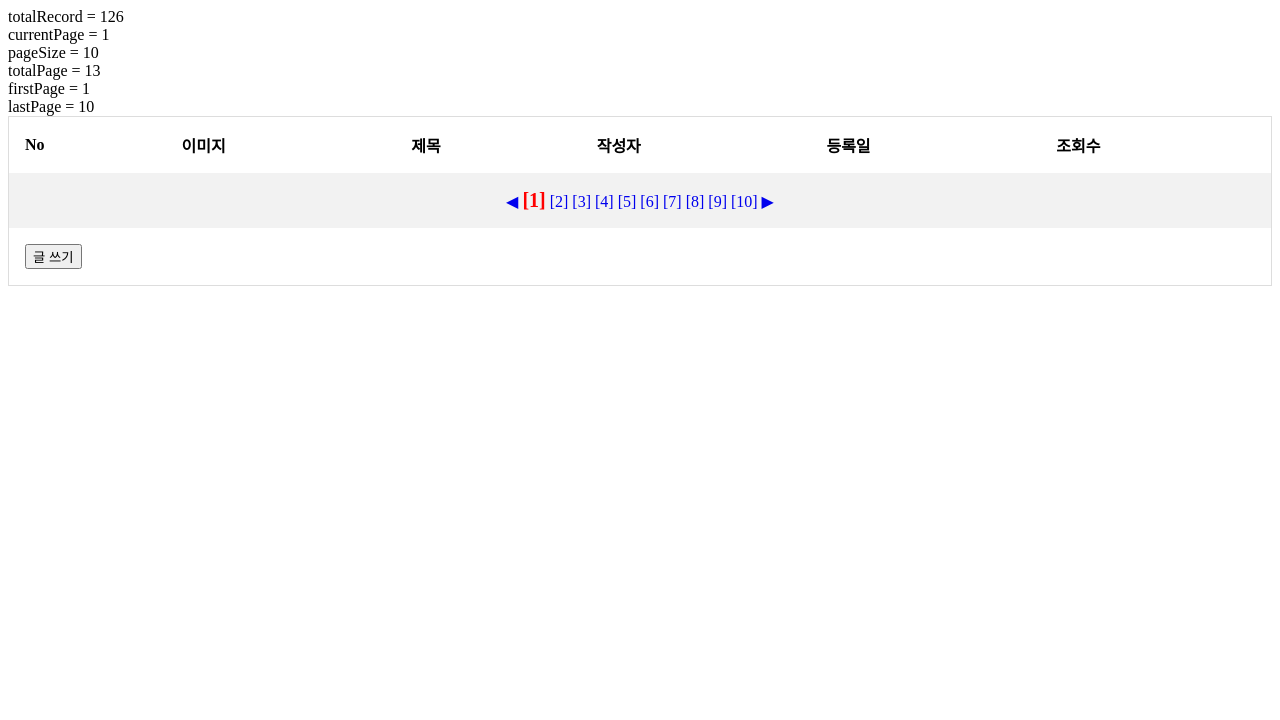
Repository: SyngyeonTak/javaee_workspace
Page: http://localhost/MySite/board/list.jsp
The author's editor kept a copy of each file at every save. The page is drawn from the files as they stood at one save, then again after the next save.
The browser window is 1280 px wide. The pictures show the whole page.
The page is served by Tomcat 9. Other server files are loaded and not shown.

Above is the page before, as saved 2020-12-11 08:04:44.

### MySite/WebContent/board/list.jsp
<%@page import="board.model.BoardDAO"%>
<%@ page contentType="text/html;charset=utf-8"%>

<%
	BoardDAO dao = new BoardDAO();
	int totalRecord = 126;
	int currentPage = 1;
	if(request.getParameter("currentPage") != null){
		currentPage = Integer.parseInt(request.getParameter("currentPage"));
	}
	int pageSize = 10;
	int totalPage = (int)Math.ceil((float)totalRecord/pageSize);

	int blockSize = 10;
	int firstPage = currentPage - (currentPage-1)%blockSize;
	int lastPage = firstPage + (blockSize-1);
	int curPos = (currentPage-1)*pageSize;
	int num = totalRecord - curPos;

	out.print("totalRecord = "+totalRecord+"<br>");
	out.print("currentPage = "+currentPage+"<br>");
	out.print("pageSize = "+pageSize+"<br>");
	out.print("totalPage = "+totalPage+"<br>");
	out.print("firstPage = "+firstPage+"<br>");
	out.print("lastPage = "+lastPage+"<br>");

%>


<!DOCTYPE html>
<html>
<head>
<meta name="viewport" content="width=device-width, initial-scale=1">
<style>
table {
	border-collapse: collapse;
	border-spacing: 0;
	width: 100%;
	border: 1px solid #ddd;
}

th, td {
	text-align: left;
	padding: 16px;
}

tr:nth-child(even) {
	background-color: #f2f2f2;
}
a{
 	text-decoration: none;
}

.pageNum{
	font-size : 20px;
	font-weight : bold;
	color : red;
}
</style>
</head>
<body>

	<table>
		<tr>
			<th>No</th>
			<th>이미지</th>
			<th>제목</th>
			<th>작성자</th>
			<th>등록일</th>
			<th>조회수</th>
		</tr>

		<%for(int i = 0; i<pageSize; i++) {%>
			<%if(i <1) break; %>
			<tr>
				<td><%=num-- %></td>
				<td>Smith</td>
				<td>50</td>
				<td>50</td>
				<td>50</td>
				<td>50</td>
			</tr>
		<%} %>
		<tr>
			<td colspan="6" style = "text-align:center;">
				<%if(firstPage > 1) {%>
					<a href ="list.jsp?currentPage=<%=firstPage-1%>">◀</a>
				<%}else{ %>
					<a href ="javascript:alert('처음 페이지 입니다.')">◀</a>
				<%} %>

				<%for(int i=firstPage; i<=lastPage; i++){ %>
					<%if(i > totalPage) break; %>
					<a href = "list.jsp?currentPage=<%=i%>" <%if(i == currentPage){ %>class = "pageNum" <%} %>>[<%=i%>]</a>
				<%} %>

				<%if(lastPage < totalPage) {%>
					<a href ="list.jsp?currentPage=<%=lastPage+1%>">▶</a>
				<%}else{ %>
					<a href ="javascript:alert('마지막 페이지 입니다.')">▶</a>
				<%} %>

			</td>
		</tr>
		<tr>
			<td colspan="6">
				<button onclick = "location.href = 'regist_form.jsp'">글 쓰기</button>
			</td>
		</tr>
	</table>

</body>
</html>

### MySite/src/board/model/BoardDAO.java
package board.model;

import java.sql.Connection;
import java.sql.PreparedStatement;
import java.sql.ResultSet;
import java.sql.SQLException;
import java.util.ArrayList;
import java.util.List;

import com.sun.javafx.logging.PulseLogger;

import common.db.PoolManager;

public class BoardDAO {
	PoolManager pool = PoolManager.getInstance();//싱글턴 객체 호출

	public int insert(Board board) {
		Connection con = null;
		PreparedStatement pstmt = null;
		int result = 0;

		String sql = "insert into board(board_id, title, writer, content, filename) values(seq_board.nextVal, ?, ?, ?, ?)";
		con = pool.getConnection();

		try {
			pstmt = con.prepareStatement(sql);
			pstmt.setString(1, board.getTitle());
			pstmt.setString(2, board.getWriter());
			pstmt.setString(3, board.getContent());
			pstmt.setString(4, board.getFilename());

			result = pstmt.executeUpdate();

		} catch (SQLException e) {
			e.printStackTrace();
		}finally {
			pool.release(con, pstmt);
		}

		return result;
	}

	//모든 글 가져오기
	public List selectAll() {
		Connection con = pool.getConnection();
		PreparedStatement pstmt = null;
		ResultSet rs= null;

		ArrayList<Board> list = new ArrayList<Board>();

		String sql = "select * from board order by board_id desc";
		try {
			pstmt = con.prepareStatement(sql);
			rs = pstmt.executeQuery();

			while(rs.next()) {
				Board board = new Board();
				board.setBoard_id(rs.getInt("board_id"));
				board.setTitle(rs.getString("title"));
				board.setWriter(rs.getString("writer"));
				board.setContent(rs.getString("content"));
				board.setFilename(rs.getString("filename"));
				board.setRegdate(rs.getString("regdate"));
				board.setHit(rs.getInt("hit"));

				list.add(board);
			}

		} catch (SQLException e) {
			e.printStackTrace();
		}finally {
			pool.release(con, pstmt, rs);
		}
		return list;
	}
}

### MySite/src/common/db/PoolManager.java
/*커넥션 풀 사용을 보다 편하게 처리해야 DAO 들에서 고생안한다.*/

package common.db;

import java.sql.Connection;
import java.sql.PreparedStatement;
import java.sql.ResultSet;
import java.sql.SQLException;

import javax.naming.InitialContext;
import javax.naming.NamingException;
import javax.sql.DataSource;

public class PoolManager {
	InitialContext context;//JNDI검색을 담당하는 객체
	DataSource ds;//커넥션 풀
	private static PoolManager instance;
	//이 시점부터는 아무도 new 할 수 없다.
	private PoolManager() {
		try {
			context = new InitialContext();
			ds = (DataSource)context.lookup("java:comp/env/jdbc/myoracle");//찾기 성공 and 풀반환
		} catch (NamingException e) {
			e.printStackTrace();
		}
	}

	public static PoolManager getInstance() {
		if(instance == null) {
			instance = new PoolManager();
		}
		return instance;
	}


	//하지만 클래스는 쓰라고 만든 것이기에 인스턴스를 가져갈 기회를 현재 클래스에서 부담해주자!!

	//커넥션이 필요한 자에게 Connection을 반환해주는 (대여) 메서드
	public Connection getConnection() {
		Connection con = null;
		try {
			con = ds.getConnection();//대여!
		} catch (SQLException e) {
			e.printStackTrace();
		}
		return con;
	}

	//반납
	public void release(Connection con, PreparedStatement pstmt) {
		try {
			if(con != null) con.close();//끊어지는 것이 아니라 반납이됨
			if(pstmt != null) pstmt.close();
		} catch (SQLException e) {
			e.printStackTrace();
		}
	}

	public void release(Connection con, PreparedStatement pstmt, ResultSet rs) {
		try {
			if(con != null) con.close();//끊어지는 것이 아니라 반납이됨
			if(pstmt != null) pstmt.close();
			if(rs != null) rs.close();
		} catch (SQLException e) {
			e.printStackTrace();
		}
	}

}

After the next save:
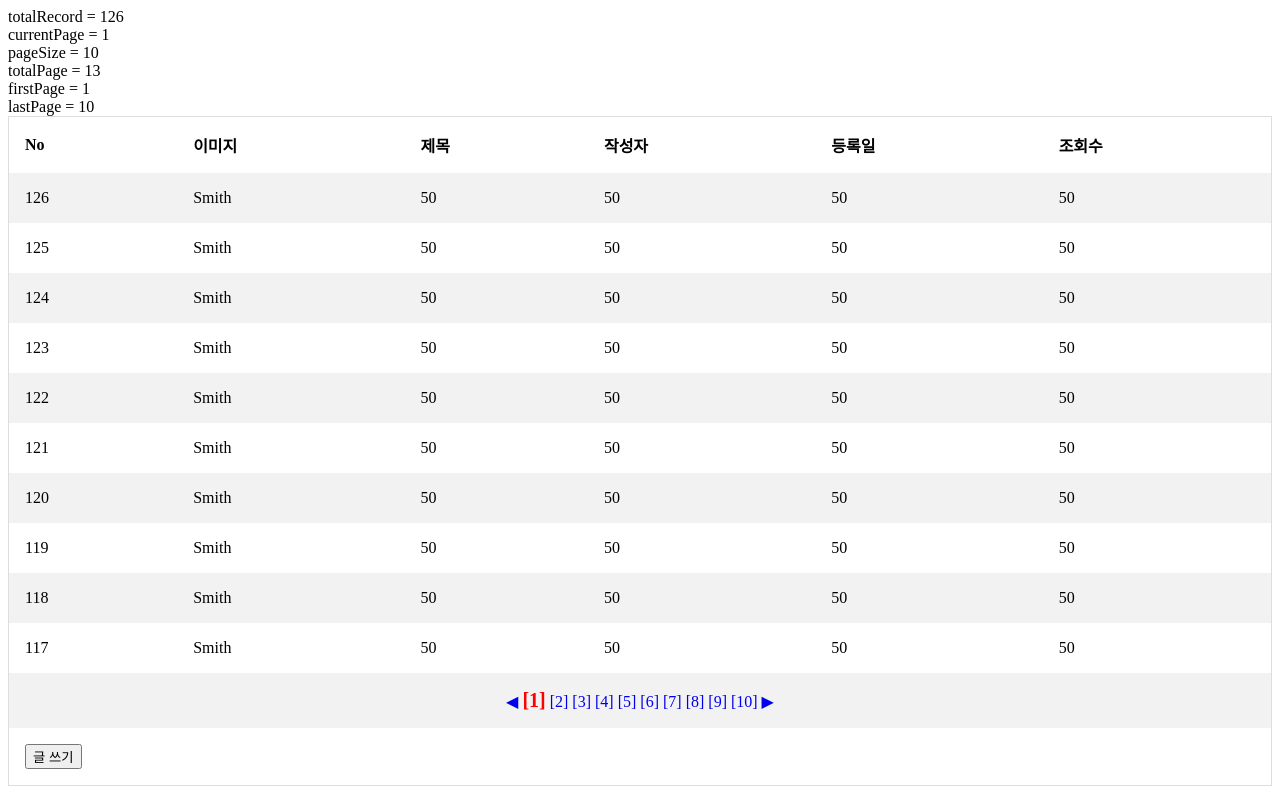
Saved 13 s later.
--- a/MySite/WebContent/board/list.jsp
+++ b/MySite/WebContent/board/list.jsp
@@ -71,7 +71,7 @@ a{
 		</tr>
 
 		<%for(int i = 0; i<pageSize; i++) {%>
-			<%if(i <1) break; %>
+			<%if(num <1) break; %>
 			<tr>
 				<td><%=num-- %></td>
 				<td>Smith</td>
